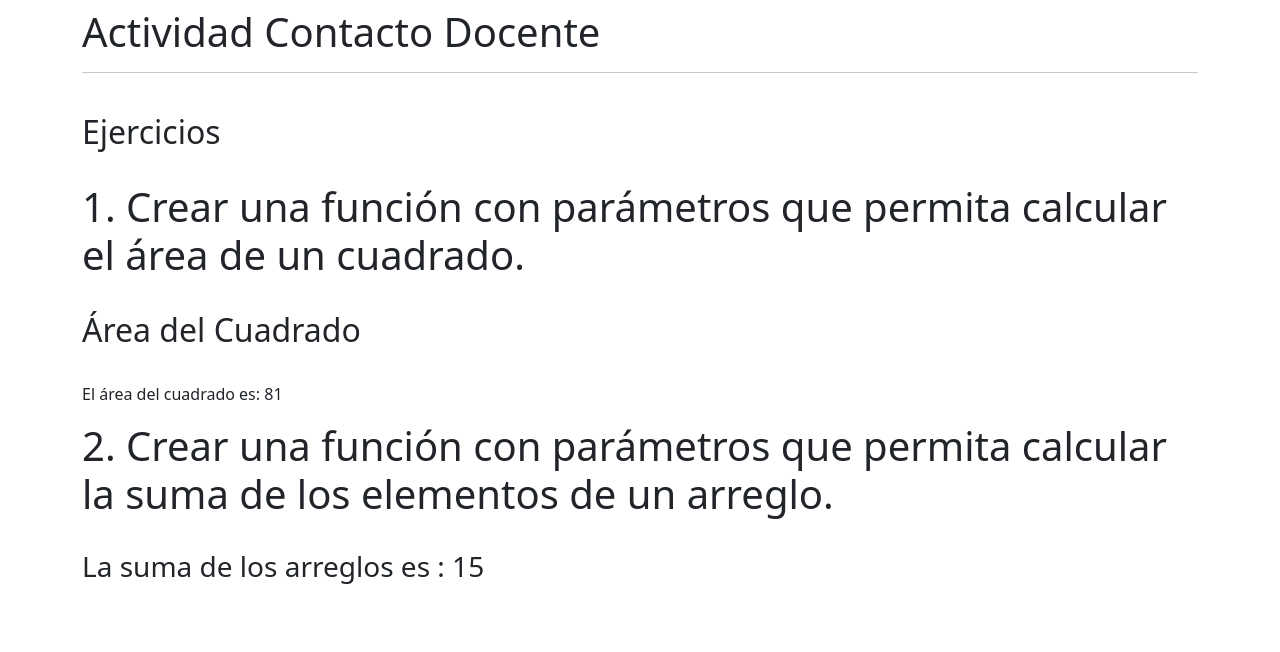
Repository: Jchimbo99/Actvidad1
Page: / (app in typescript-actividad/)
An editor plug-in stored every save of this project. The page is shown before and after the next save, followed by the edit.
The browser window is 1280 px wide. The pictures show the whole page.
The project was rebuilt for these pictures with package versions that can differ from the ones it lists, and the page was loaded fresh each time. Also part of the build but not shown: typescript-actividad/vite.config.ts.

Above is the page before, as saved 2025-01-22 20:41:51.

### typescript-actividad/index.html
<!doctype html>
<html lang="en">
  <head>
    <meta charset="UTF-8" />
    <link rel="icon" type="image/svg+xml" href="/vite.svg" />
    <meta name="viewport" content="width=device-width, initial-scale=1.0" />
    <link href="https://cdn.jsdelivr.net/npm/bootstrap@5.3.3/dist/css/bootstrap.min.css" rel="stylesheet" integrity="sha384-QWTKZyjpPEjISv5WaRU9OFeRpok6YctnYmDr5pNlyT2bRjXh0JMhjY6hW+ALEwIH" crossorigin="anonymous">

    <title>Activididad Jch</title>
  </head>
  <body class="container">
    <div id="root"></div>
    <script type="module" src="/src/main.tsx"></script>
  </body>
</html>

### typescript-actividad/src/App.tsx
import { AreaCuadrado } from "./typescript/AreaCuadrado";
import { Arreglo } from "./typescript/Arreglo";

export const App = () => {
  return (

    <div className="mt-2">
      <h1>Actividad Contacto Docente</h1>
      <hr />
      <br />
      <h2>Ejercicios</h2>
      <br />

      <AreaCuadrado/>

      <Arreglo/>
      </div>
  )
}


export default App;

### typescript-actividad/src/typescript/AreaCuadrado.tsx
export const AreaCuadrado = () => {
    const lado = 9;
    const area = lado * lado;

    return (
        <div>

            <h1>1.	Crear una función con parámetros que permita calcular el área de un cuadrado.</h1>
            <br />
            <h2>Área del Cuadrado</h2>
            <br />
            <p>El área del cuadrado es: {area}</p>
        </div>
    );
}

### typescript-actividad/src/typescript/Arreglo.tsx
export const Arreglo = () => {
    const arreglo = [1, 2, 3, 4, 5];
    const suma = arreglo.reduce((acumulado, valor) => acumulado + valor, 0);

    return (
        <div>
            <h1>2. Crear una función con parámetros que permita calcular la suma de los elementos de un arreglo.</h1>
            <br />
            <h3>La suma de los arreglos es : {suma}</h3>
        </div>
    );
}

Loaded but not shown: typescript-actividad/src/main.tsx (common file)

After the next save:
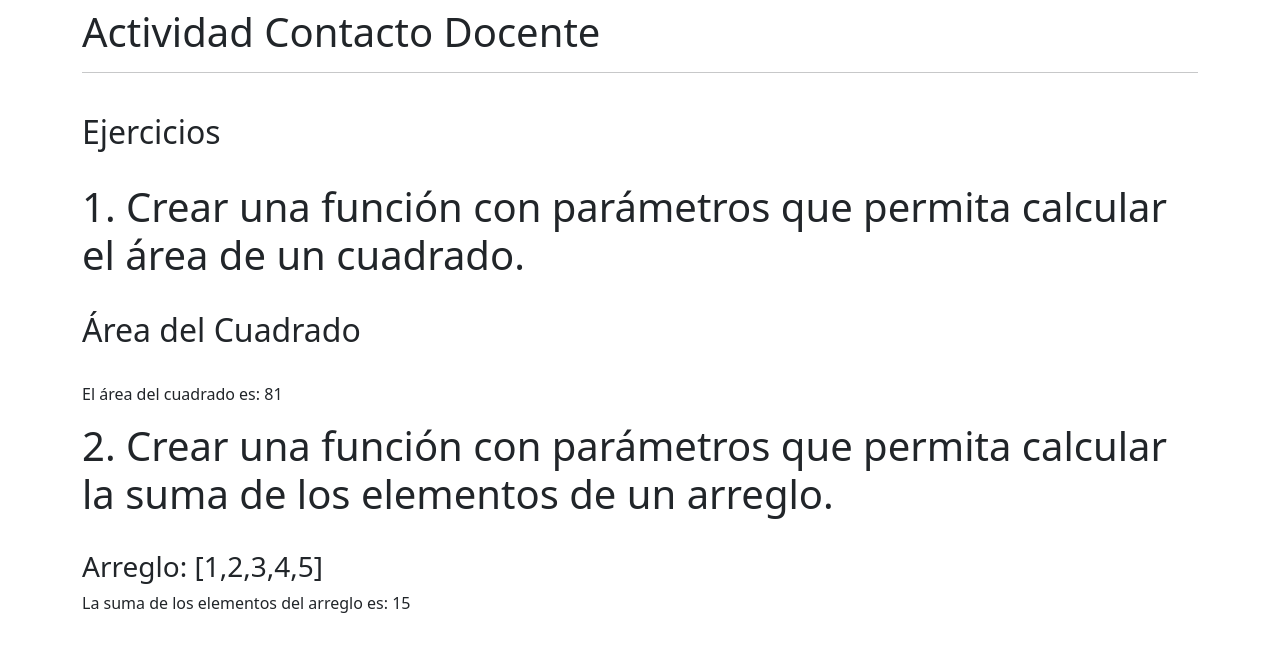
Saved 24 s later.
--- a/typescript-actividad/src/typescript/Arreglo.tsx
+++ b/typescript-actividad/src/typescript/Arreglo.tsx
@@ -1,12 +1,23 @@
+
+
 export const Arreglo = () => {
+
     const arreglo = [1, 2, 3, 4, 5];
-    const suma = arreglo.reduce((acumulado, valor) => acumulado + valor, 0);
+
+
+    const sumarElementosArreglo = (arreglo: number[]): number => {
+        return arreglo.reduce((acumulado, valorActual) => acumulado + valorActual, 0);
+    }
+
+
+    const suma = sumarElementosArreglo(arreglo);
 
     return (
         <div>
             <h1>2. Crear una función con parámetros que permita calcular la suma de los elementos de un arreglo.</h1>
             <br />
-            <h3>La suma de los arreglos es : {suma}</h3>
+            <h3>Arreglo: {JSON.stringify(arreglo)}</h3>
+            <p>La suma de los elementos del arreglo es: {suma}</p>
         </div>
     );
 }
